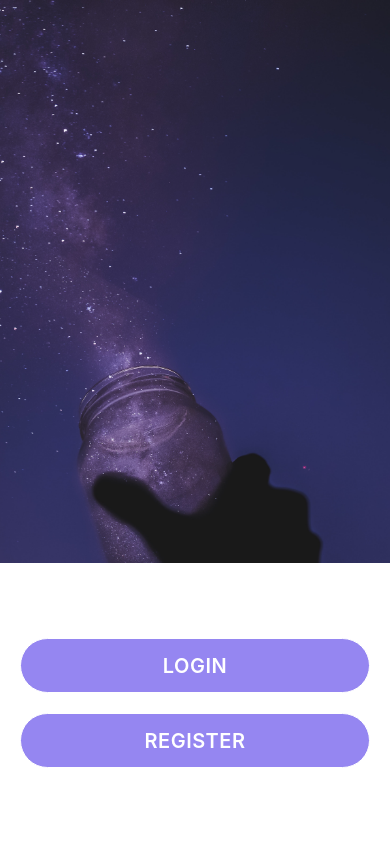
Repository: farrelmuhammad/project-react-native
Screen: /
The author's editor kept a copy of each file at every save. The screen is drawn from the files as they stood at one save, then again after the next save.
The app was drawn by React Native's web renderer in a window 390 px wide. The project was rebuilt for these pictures with package versions that can differ from the ones it lists, and the page was loaded fresh each time.

Above is the screen before, as saved 2023-01-09 12:01:52.

After the next save:
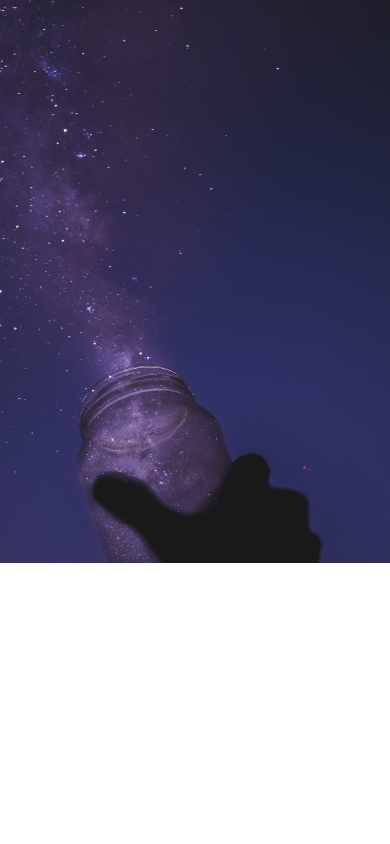
Saved 22 s later.
--- a/App.js
+++ b/App.js
@@ -18,12 +18,13 @@ export default function App() {
           />
         </Svg>
         <View style={styles.buttonContainer}>
-          <View style={styles.button}>
+          {/* <View style={styles.button}>
             <Text style={styles.buttonText}>LOGIN</Text>
           </View>
           <View style={styles.button}>
             <Text style={styles.buttonText}>REGISTER</Text>
-          </View>
+          </View> */}
+
         </View>
       </View>
     </View>
